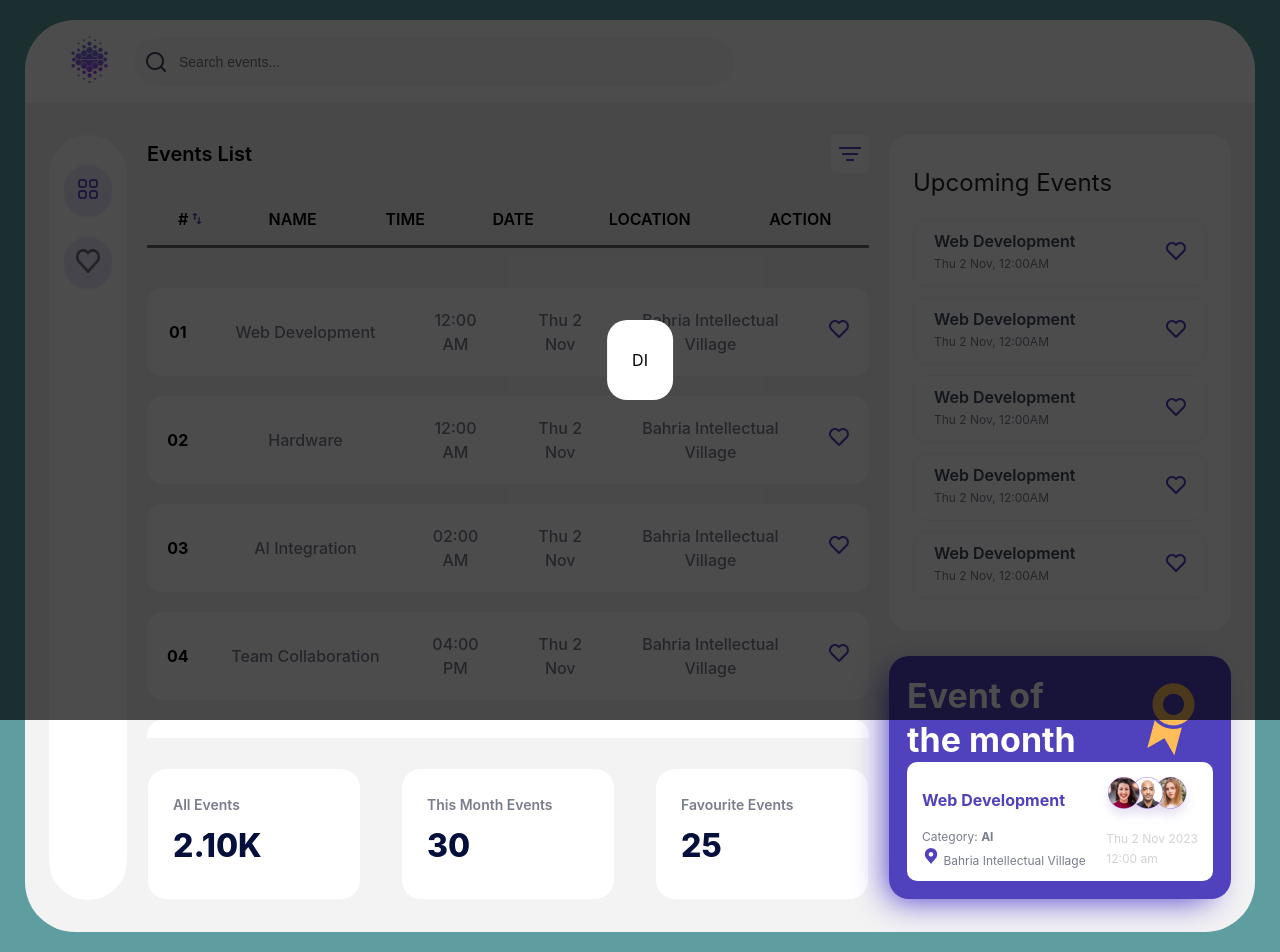
Repository: ahmadunitedsol710/react-dashboard
Page: /, after clicking the first element matching `tr.body_row`
The author's editor kept a copy of each file at every save. The page is drawn from the files as they stood at one save, then again after the next save.
The browser window is 1280 px wide. The pictures show the whole page.
An inner scrolling area shows only its first screen. The project was rebuilt for these pictures with package versions that can differ from the ones it lists, and the page was loaded fresh each time.

Above is the page before, as saved 2024-08-02 09:54:19.

### src/App.js
// import {BrowserRouter as Router, Routes, Route} from 'react-router-dom';
import Header from './Components/Header/index';
import Events from './Components/Body/Events';
import './App.css';

function App() {
  return (
    <div className="App container">
    {/* <Router>
      <Routes>
          <Route path="/" exact element={<Header/>}/>
      </Routes>
    </Router> */}
    <Header/>
    <Events/>
    </div>
  );
}

export default App;

### src/Components/Header/index.js
import '../../App.css';
import logo from '../../Images/logo.png'

const Index = () => {

    return (
        <>
            <div className="header">
                <div className="logo">
                    <img src={logo} alt="logo" />
                </div>
                <div className="search_box">
                    <input type="search"  name="search" placeholder='Search events...' className='srch'/>
                </div>
            </div>
        </>
    )
}

export default Index;

### src/Components/Body/Events.js
import '../../App.css';
import Sidebar from './Sidebar';
import List from './Eventlist';
import Upcommingevent from './Upcomingevent';
import Monthlyevent from './Monthlyevent'
import { useEffect, useState } from 'react';

const Events = () => {
    const [showfav, setshowfav] = useState(false)
    const tabledata = [
        {id:"01",name:"Web Development",time:'12:00 AM',date:"Thu 2 Nov",location:"Bahria Intellectual Village"},

        {id:"02",name:"Hardware",time:'12:00 AM',date:"Thu 2 Nov",location:"Bahria Intellectual Village"},

        {id:"03",name:"AI Integration",time:'02:00 AM',date:"Thu 2 Nov",location:"Bahria Intellectual Village"},

        {id:"04",name:"Team Collaboration",time:'04:00 PM',date:"Thu 2 Nov",location:"Bahria Intellectual Village"},

        {id:"05",name:"Front End Development",time:'06:00 PM',date:"Thu 2 Nov",location:"Bahria Intellectual Village"},

        {id:"06",name:"Front End Development",time:'06:00 PM',date:"Thu 2 Nov",location:"Bahria Intellectual Village"},

        {id:"07",name:"Front End Development",time:'06:00 PM',date:"Thu 2 Nov",location:"Bahria Intellectual Village"},

        {id:"08",name:"Front End Development",time:'06:00 PM',date:"Thu 2 Nov",location:"Bahria Intellectual Village"}
   ]

   const [storedData, setStoredData] = useState([])
   useEffect(()=>{
    setStoredData(localStorage.getItem("favourite") ? JSON.parse([localStorage.getItem("favourite")]) : [])
   }, [])

   const eventdata = [
    {id:1, name:"Web Development",date_time:'Thu 2 Nov, 12:00AM'},
    {id:2, name:"Web Development",date_time:'Thu 2 Nov, 12:00AM'},
    {id:3, name:"Web Development",date_time:'Thu 2 Nov, 12:00AM'},
    {id:4, name:"Web Development",date_time:'Thu 2 Nov, 12:00AM'},
    {id:5, name:"Web Development",date_time:'Thu 2 Nov, 12:00AM'},
    {id:6, name:"Web Development",date_time:'Thu 2 Nov, 12:00AM'},
    {id:7, name:"Web Development",date_time:'Thu 2 Nov, 12:00AM'},
    {id:8, name:"Web Development",date_time:'Thu 2 Nov, 12:00AM'},
    {id:9, name:"Web Development",date_time:'Thu 2 Nov, 12:00AM'}
]

   const [storedList, setStoredList] = useState([])
   useEffect(()=>{
    setStoredList(localStorage.getItem("list") ? JSON.parse([localStorage.getItem("list")]) : [])
   }, [])



    return (
        <>
            <div className="events">
                <div className='parent_block'>
                    <Sidebar setshowfav={setshowfav}/>
                    <List showfav={showfav} favdata={storedData} tabledata={tabledata} setStoredData={setStoredData}/>

                     <div className='child_block'>
                        <Upcommingevent showfav={showfav} favdata={storedList} eventdata={eventdata} setStoredList={setStoredList}/>
                        {!showfav && <Monthlyevent/> }
                    </div>

                </div>
            </div>
        </>
    )
}

export default Events;

### src/App.css
body {
  background-color: cadetblue;
}

.container {
  max-width: 1440px;
  margin: 20px auto;
  padding: 0 25px;
  box-sizing: border-box;
}

.App-logo {
  height: 40vmin;
  pointer-events: none;
}

@media (prefers-reduced-motion: no-preference) {
  .App-logo {
    animation: App-logo-spin infinite 20s linear;
  }
}

.App-header {
  background-color: #282c34;
  min-height: 100vh;
  display: flex;
  flex-direction: column;
  align-items: center;
  justify-content: center;
  font-size: calc(10px + 2vmin);
  color: white;
}

.App-link {
  color: #61dafb;
}

@keyframes App-logo-spin {
  from {
    transform: rotate(0deg);
  }
  to {
    transform: rotate(360deg);
  }
}

::-webkit-scrollbar {
  width: 5px;
}

/* Track */
::-webkit-scrollbar-track {
  box-shadow: inset 0 0 5px grey;
  border-radius: 10px;
}

/* Handle */
::-webkit-scrollbar-thumb {
  background: #D9D9D9;
  border-radius: 10px;
}

/* Handle on hover */
::-webkit-scrollbar-thumb:hover {
  background: #6e6e6e;
}


/* Header */
.header { display: flex; justify-content: center; align-items: center; gap: 20px; background-color: #ffffff; padding: 15px 40px; border-radius: 50px 50px 0 0; }

.header .search_box { position: relative; width: 100%; }

.header .search_box .srch { background-image: url(./Images/Search.png); background-repeat: no-repeat; background-color: #F9FAFC; background-position: 10px center; border: none; padding: 13px 45px; width: 600px; border-radius: 50px; font-size: 14px; font-weight: 400; color: #3D4756; line-height: 22px; }


/* Events */
.events { background-color: #f3f3f3; padding: 32px 24px; box-sizing: border-box; border-radius: 0 0 50px 50px; }

.events .parent_block { display: flex; gap: 20px; justify-content: space-between; }

.events .parent_block .child_block { max-width: 380px; width: 100%; }

/* Sidebar */
.sidebar { display: flex; flex-direction: column; background-color: #ffffff; max-width: 80px; padding: 30px 15px; box-sizing: border-box; border-radius: 40px; }

.image { background-color: #ECEAFF; margin-bottom: 20px; border-radius: 25px; }

.sidebar_img { width: 24px; height: 24px; padding: 12px; }

/* Event list */
.event_details { /*max-width: 850px; */ width: calc(100% - 460px); }

.event_details .evenlist .main { display: flex; justify-content: space-between; align-items: center; }

.event_details .evenlist .main .heading { font-size: 20px; font-weight: 600; line-height: 30px; margin: 0; }

.event_details .evenlist .main .filter { background-color: #ffffff; padding: 5px; border-radius: 5px; box-sizing: border-box; }

table { border-collapse: separate; border-spacing: 0 20px;  width: 100%}

.tbody_container { overflow-y: auto; max-height: 470px; }

th { text-align: center; font-size: 16px; font-weight: 600; line-height: 22px; padding: 15px 20px; box-sizing: border-box; border-bottom: 3px solid #6a6a6a; }

.index { font-size: 16px; font-weight: bolder; line-height: 24px; }

.body_row td { background-color: #ffffff; padding: 20px; text-align: center; }

.body_row td:first-child { border-radius: 15px 0 0 15px; }

.body_row td:last-child { border-radius: 0 15px 15px 0; }

.body_row .details { font-size: 16px; font-weight: 500; line-height: 24px; color: #797d8c; cursor: pointer;}

.cards { display: flex; align-items: center; gap: 40px; margin-top: 30px; }

.cards .all_events, .cards .this_month, .cards .fav_events { background-color: #ffffff; border-radius: 20px; border: 1px solid #f3f3f3; width: 260px; padding: 25px 25px 33px; box-sizing: border-box; }

.cards .text { color: #797d8c; font-size: 14px; font-weight: 600; line-height: 22px; margin: 0; }

.cards .title { font-size: 32px; line-height: 40px; font-weight: 800; margin: 10px 0 0; color: #04103b; }



/* Upcoming events */
.upcomingevents { background-color: #ffffff; border-radius: 20px; padding: 32px 24px; box-sizing: border-box; }

.upcomingevents .title { font-size: 24px; line-height: 32px; font-weight: 400; color: #1e232a; margin: 0 0 20px; }

.upcomingevents .events_list { margin: 0; padding: 0; height: 380px; overflow-y: auto; }

.upcomingevents .events_list .event { border: 1px solid #f3f3f3; list-style-type: none; border-radius: 15px; padding: 10px 20px; display: flex; align-items: center; justify-content: space-between; margin-bottom: 10px; }

.upcomingevents .events_list .event:last-child { margin-bottom: 0; }

.upcomingevents .events_list .event .event_title { font-size: 16px; font-weight: 600; line-height: 22px; color: #3d4756; margin: 0; }

.upcomingevents .events_list .event .event_date_time { font-size: 12px; font-weight: 400; line-height: 24px; color: #797D8C; margin: 0; }


/* Monthly event */
.monthly_event { background-color: #5041bc; color: #ffffff; padding: 18px; box-sizing: border-box; border-radius: 20px; margin-top: 25px; box-shadow: -10px 10px 33px -10px #4533C9; }

.monthly_event .upper_part { display: flex; justify-content: space-between; align-items: center; }

.monthly_event .upper_part .heading { max-width: 180px; margin: 0; font-size: 34px; font-weight: 700; line-height: 44px; }

.bottom_part { background-color: #ffffff; color: #5041BC; border-radius: 10px; padding: 10px 15px; }

.bottom_part .first_row, .bottom_part .second_row { display: flex; justify-content: space-between; align-items: center; }

.bottom_part .first_row .course_title { margin: 0; font-size: 16px; font-weight: 700; line-height: 26px; }

.bottom_part .second_row { font-size: 12px; font-weight: 400; line-height: 20px; }

.bottom_part .second_row .cat_loc { color: #797D8C; }

.bottom_part .second_row .date_time { color: #D2D2D2; }




/* Detail Popup */
.overlay {
  position: fixed;
  top: 0;
  left: 0;
  width: 100%;
  height: 100%;
  background: rgba(0, 0, 0, 0.7);
}

.overlay .detailpopup {
  position: absolute;
  background-color: #ffffff;
  transform: translate(-50%, -50%);
  left: 50%;
  top: 50%;
  border-radius: 20px;
  padding: 30px 25px;
  box-sizing: border-box;
}

### src/Components/Body/Sidebar.js
import '../../App.css';
import grid from '../../Images/grid.png';
import favourite from '../../Images/fav.png'

const sidebar = ({setshowfav}) => {

    return (
        <>
            <div className="sidebar">
                <div className="image">
                    <img src={grid} alt="grid" className='sidebar_img' onClick={()=>setshowfav(false)}/>
                </div>
                <div className="image">
                    <img src={favourite} alt="favourite" className='sidebar_img' onClick={()=>setshowfav(true)}/>
                </div>
            </div>
        </>
    )
}

export default sidebar;

### src/Components/Body/Eventlist.js
import '../../App.css';
import swap from '../../Images/swap.png';
import emptyfav from '../../Images/empty_fav.png'
import fillfav from '../../Images/fill_fav.png'
import filter from '../../Images/filter.png'
import { useEffect, useState } from 'react';
import Detailpopup from './Detailpopup';

const Eventlist = ({showfav, favdata, tabledata, setStoredData}) => {
    const [showModal, setShowModal] = useState(false)


    const add_fav = (data) => {
        const isFav = favdata.some(favitem => favitem.id === data.id)

        if (isFav) {
            // setStoredData(favdata.filter(favitem => favitem.id !== data.id));
            const updatedFavData = favdata.filter(favItem => favItem.id !== data.id);
            setStoredData(updatedFavData);
            localStorage.setItem("favourite", JSON.stringify(updatedFavData))

            console.log("else 1")
        }
        else {
            const updatedFavData = [...favdata, data];
            setStoredData(updatedFavData);
            localStorage.setItem("favourite", JSON.stringify(updatedFavData))
            console.log("else 2")
        }
    };

    const closeModal = () => {
        setShowModal(false)
    }

       const all_events = {text:"All Events", title:"2.10K"}
       const this_month = {text:"This Month Events", title:"30"}
       const fav_events = {text:"Favourite Events", title:"25"}
    return (
        <>
            <div className="event_details">
                <div className="evenlist">
                    <div className="main">
                        <h2 className='heading'>Events List</h2>
                        <img src={filter} alt="filter" className='filter' />
                    </div>
                    <div className="table_data">
                        <table className="table">
                            <thead className='table_head'>
                                <tr>
                                    <th># <img src={swap} alt="swap" /> </th>
                                    <th>NAME</th>
                                    <th>TIME</th>
                                    <th>DATE</th>
                                    <th>LOCATION</th>
                                    <th>ACTION</th>
                                </tr>
                            </thead>
                        </table>
                        <div className="tbody_container">
                            <table>
                                <tbody>
                                    {!showfav ? tabledata.map((data)=>(
                                        <tr className='body_row' key={data.id} onClick={()=>setShowModal(true)}>
                                        <td className='index' data-label="index">{data?.id}</td>
                                        <td className='details' data-label="name">{data?.name}</td>
                                        <td className='details' data-label="time">{data?.time}</td>
                                        <td className='details' data-label="date">{data?.date}</td>
                                        <td className='details' data-label="location">{data?.location}</td>
                                        <td className='details' data-label="location"> <img src={favdata.some(favitem => favitem.id === data.id) ? fillfav : emptyfav} alt="favourite"
                                        onClick={()=>add_fav(data)}/></td>
                                    </tr>)) :
                                    favdata.map((data)=>(
                                        <tr className='body_row' key={data.id} onClick={()=>setShowModal(true)}>
                                        <td className='index' data-label="index">{data?.id}</td>
                                        <td className='details' data-label="name">{data?.name}</td>
                                        <td className='details' data-label="time">{data?.time}</td>
                                        <td className='details' data-label="date">{data?.date}</td>
                                        <td className='details' data-label="location">{data?.location}</td>
                                        <td className='details' data-label="location"> <img src={favdata.some(favitem=>favitem.id === data.id) ? fillfav : emptyfav} alt="favourite"
                                        onClick={()=>add_fav(data)}/></td>
                                    </tr>
                                    ))}
                                </tbody>
                            </table>
                        </div>
                    </div>
                </div>

             {!showfav &&   <div className="cards">
                    <div className="all_events">
                        <p className='text'>{all_events.text}</p>
                        <h2 className='title'>{all_events.title}</h2>
                    </div>
                    <div className="this_month">
                        <p className='text'>{this_month.text}</p>
                        <h2 className='title'>{this_month.title}</h2>
                    </div>
                    <div className="fav_events">
                        <p className='text'>{fav_events.text}</p>
                        <h2 className='title'>{fav_events.title}</h2>
                    </div>
                </div>}
            </div>
            {showModal && <Detailpopup closeModal={closeModal}/>}
        </>
    )
}

export default Eventlist;

### src/Components/Body/Upcomingevent.js
import emptyfav from '../../Images/empty_fav.png'
import fillfav from '../../Images/fill_fav.png'

const Upcommingevent = ({showfav, eventdata, setStoredList, favdata}) => {

    const add_fav = (list) => {
        const isFav = favdata.some(favitem => favitem.id === list.id)

        if (isFav) {
            const updatedFavData = favdata.filter(favItem => favItem.id !== list.id);
            setStoredList(updatedFavData);
            localStorage.setItem("list", JSON.stringify(updatedFavData))
            console.log("else 1")
        }
        else {
            const updatedFavData = [...favdata, list];
            setStoredList(updatedFavData);
            localStorage.setItem("list", JSON.stringify(updatedFavData))
            console.log("else 2")
        }
    };

    return (
        <>  {/* add multiple tags when use empty tags */}
            <div className="upcomingevents">
                <h2 className="title">Upcoming Events</h2>

                <ul className="events_list">
                    {!showfav ? eventdata.map((list) => (
                        <li className="event" key={list.id}>
                            <div className="title_date_time">
                                <p className="event_title">{list.name}</p>
                                <p className="event_date_time">{list.date_time}</p>
                            </div>
                            <div>
                                <img src={favdata.some(favitem => favitem.id === list.id) ? fillfav : emptyfav} alt="emptyfav"
                                onClick={()=>add_fav(list)}/>
                            </div>
                        </li>
                    )) :
                    favdata.map((list) => (
                        <li className="event" key={list.id}>
                            <div className="title_date_time">
                                <p className="event_title">{list.name}</p>
                                <p className="event_date_time">{list.date_time}</p>
                            </div>
                            <div>
                                <img src={favdata.some(favitem => favitem.id === list.id) ? fillfav : emptyfav} alt="emptyfav"
                                onClick={()=>add_fav(list)}/>
                            </div>
                        </li>
                    ))}
                </ul>
            </div>
        </>
    )

}

export default Upcommingevent;

### src/Components/Body/Monthlyevent.js
import loc from '../../Images/location.png'
import teacher_img from '../../Images/user.png'
import pin from '../../Images/pin.png'


const MonthlyEvent = () => {
    const course_details = {name:"Web Development", image:teacher_img, category:"AI", location:"Bahria Intellectual Village", date:"Thu 2 Nov 2023", time:"12:00 am" }
    return (
        <>
        <div className="monthly_event">
            <div className="upper_part">
                <h1 className="heading">Event of the month</h1>
                <img src={loc} alt="location" />
            </div>

            <div className="bottom_part">
                <div className="first_row">
                    <h3 className='course_title'>{course_details.name}</h3>
                    <img src={course_details.image} alt="teachers" />
                </div>
                <div className="second_row">
                    <div className="cat_loc">
                        <div>Category: <strong>{course_details.category}</strong></div>
                        <div> <img src={pin} alt="pin" />  {course_details.location}</div>
                    </div>
                    <div className="date_time">
                        <div className="date">{course_details.date}</div>
                        <div className="time">{course_details.time}</div>
                    </div>
                </div>
            </div>
        </div>
        </>
    )
}


export default MonthlyEvent;

### src/Components/Body/Detailpopup.js

import pin from '../../Images/pin.png'

const Detailpopup = ({closeModal}) => {
    return (
        <>
        <div className="overlay" onClick={closeModal}>
            <div className="detailpopup">
                DI
            </div>
        </div>
        </>
    )
}

export default Detailpopup;

Loaded but not shown: public/index.html (common file); src/index.js (common file); src/index.css (common file); src/reportWebVitals.js (common file)

After the next save:
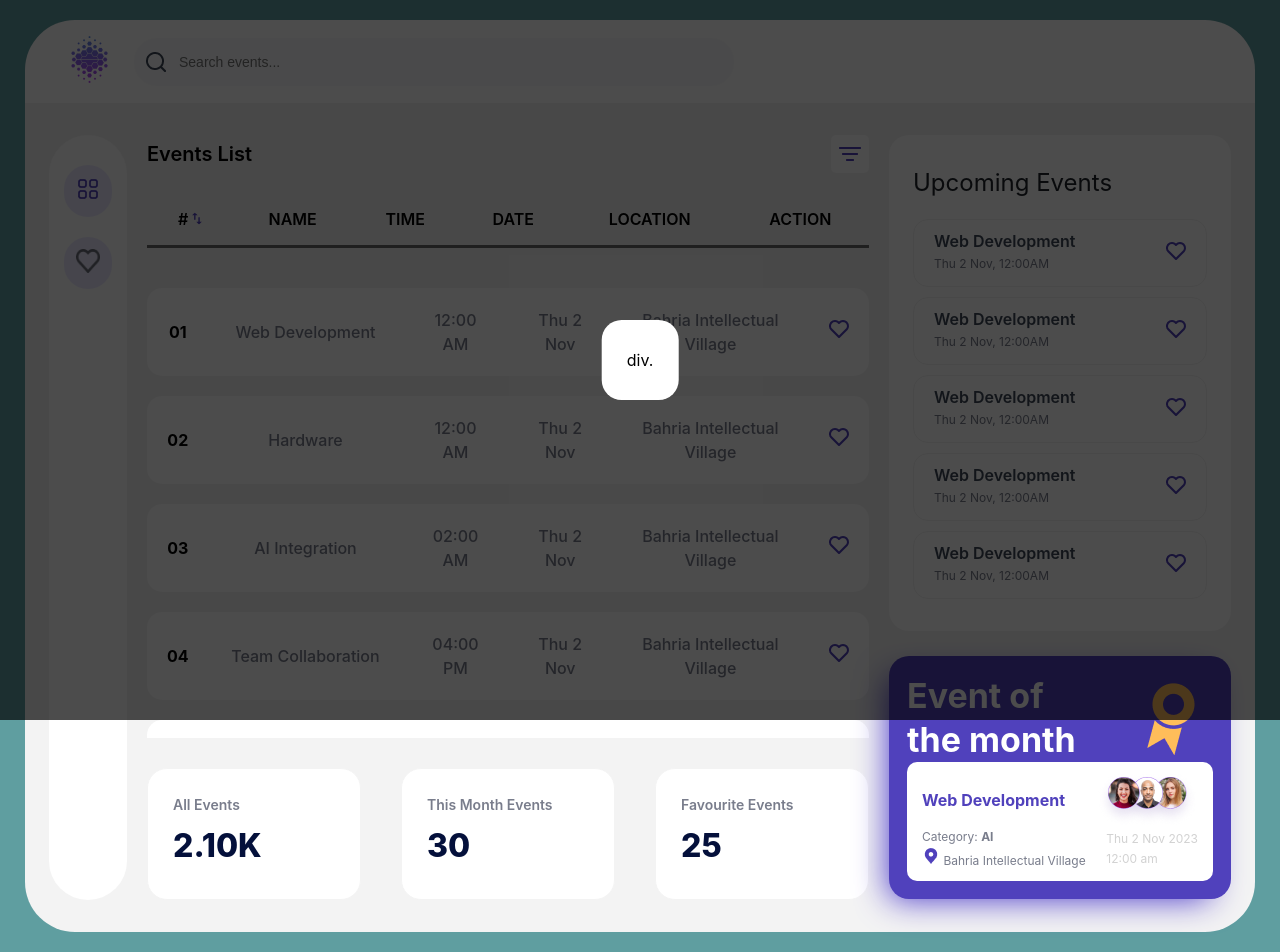
Saved 44 s later.
--- a/src/Components/Body/Detailpopup.js
+++ b/src/Components/Body/Detailpopup.js
@@ -6,7 +6,7 @@ const Detailpopup = ({closeModal}) => {
         <>
         <div className="overlay" onClick={closeModal}>
             <div className="detailpopup">
-                DI
+                div.
             </div>
         </div>
         </>
